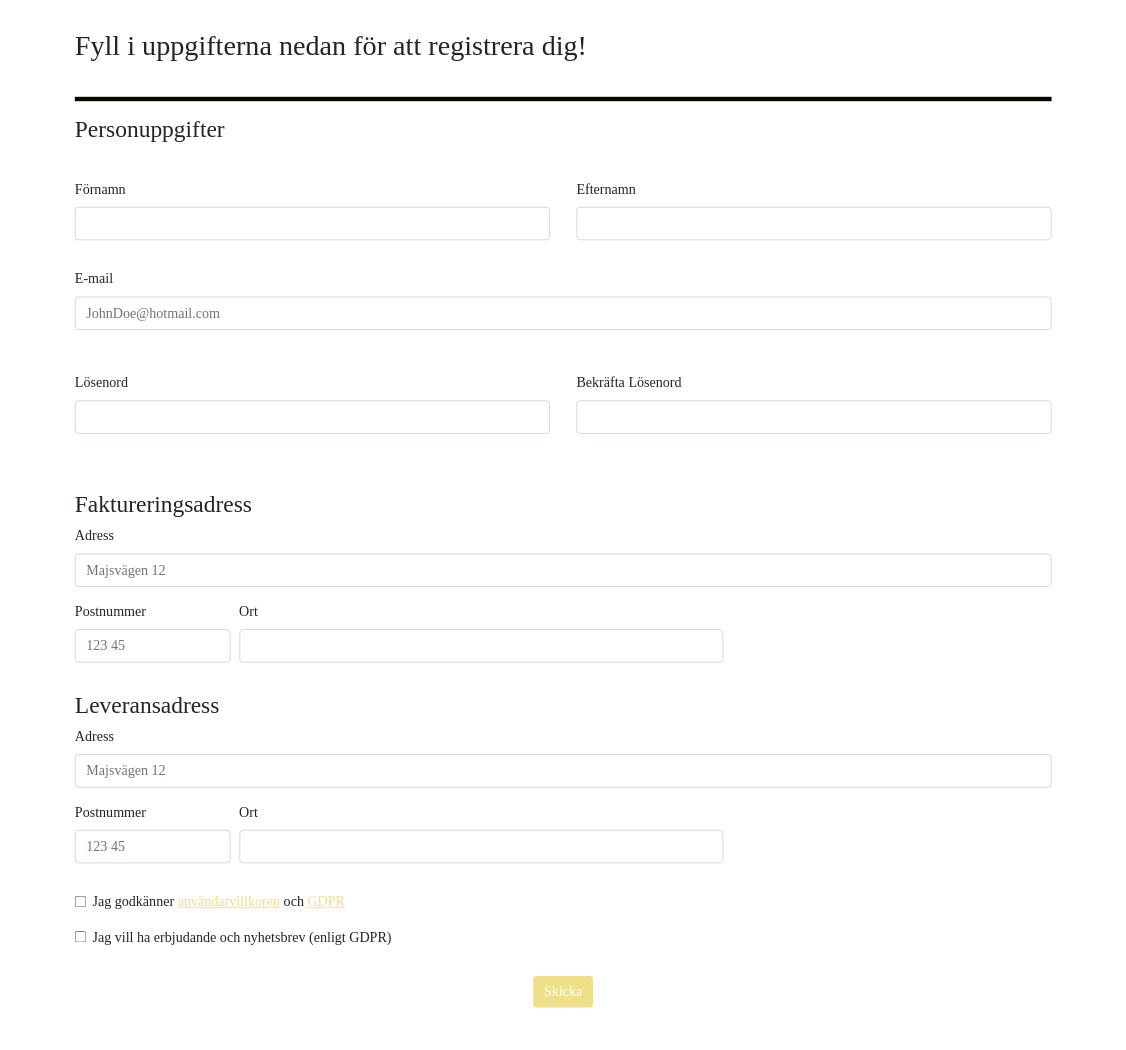
Repository: skepp4rn/Liamsuppgift3
Page: index.html
These files come from the project's save history. The page is drawn as it stood at one moment and after the next save; the edit follows.
The browser window is 1280 px wide. The pictures show the whole page, at 88% of full size.
Some web libraries are served in a nearby version.

Above is the page before, as saved 2020-12-06 13:32:33.
Console error (its wording comes from the project's code and is left out).

After the next save:
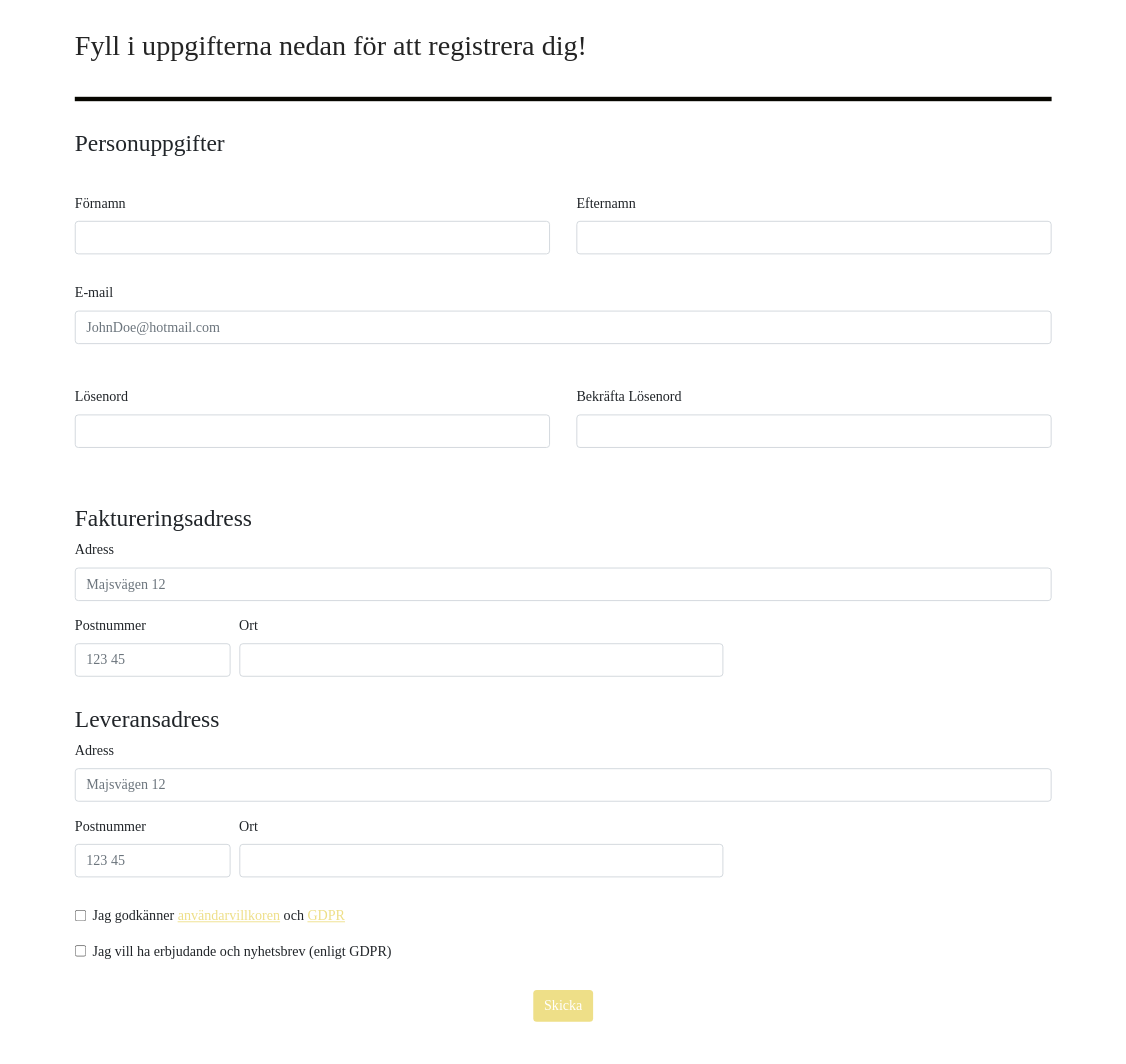
Saved 14 s later.
--- a/css/style.css
+++ b/css/style.css
@@ -20,7 +20,7 @@ h3{font-size:20pt}.container{width:95vw;margin:auto}
 #exampleInputPassword2{color:#b6b6b6}
 .button-center{padding-top:1rem;display:flex;justify-content:center}
 .colorbutton{background-color:#eedf88;border:none}
-.line1{height:5px;background-color:#070600;margin-bottom:1rem}
+.line1{height:5px;background-color:#070600;margin-bottom:2rem}
 .bottom{margin-bottom:2rem}
 .linktext{color:#eedf88;text-decoration:underline}
 .thanks{border:2px solid #eedf88;border-radius:10px;display:grid;grid-template-columns:1fr;grid-template-rows:3fr 1fr;justify-items:center;margin-top:8rem}
